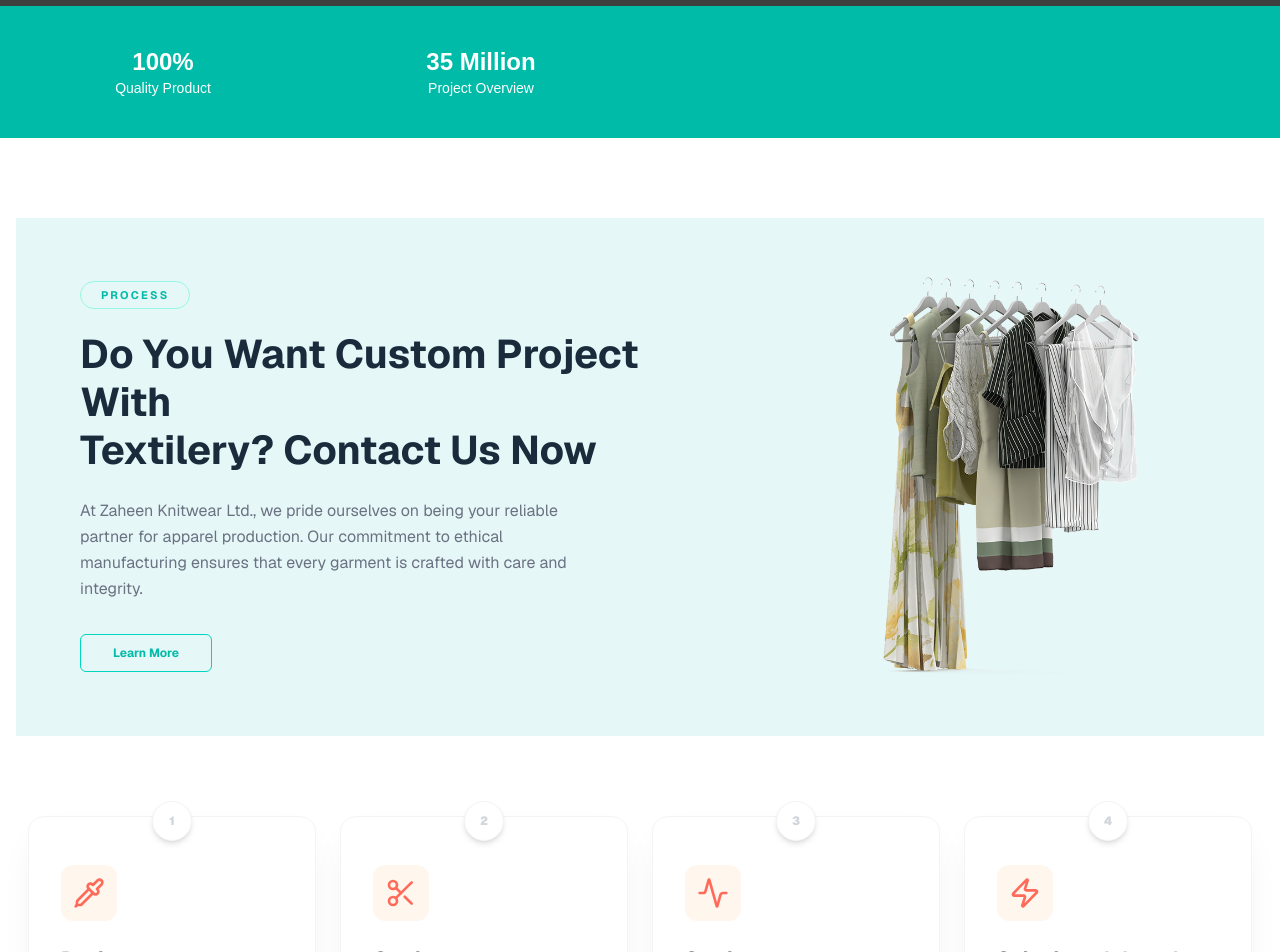
Repository: mdmuhibullahhabib/fullstack-assessment
Page: /
An editor plug-in stored every save of this project. The page is shown before and after the next save, followed by the edit.
The browser window is 1280 px wide. The pictures show the part of the page from y = 572 to 1524 px (the page is 3063 px tall).
Pictures or frames that could not be fetched are drawn as grey boxes. The project was rebuilt for these pictures with package versions that can differ from the ones it lists, and the page was loaded fresh each time. The framework's server and built-in components were replaced by stand-ins that run in the browser. Also part of the build but not shown: next.config.mjs.

Above is the page before, as saved 2025-12-27 09:49:08.

After the next save:
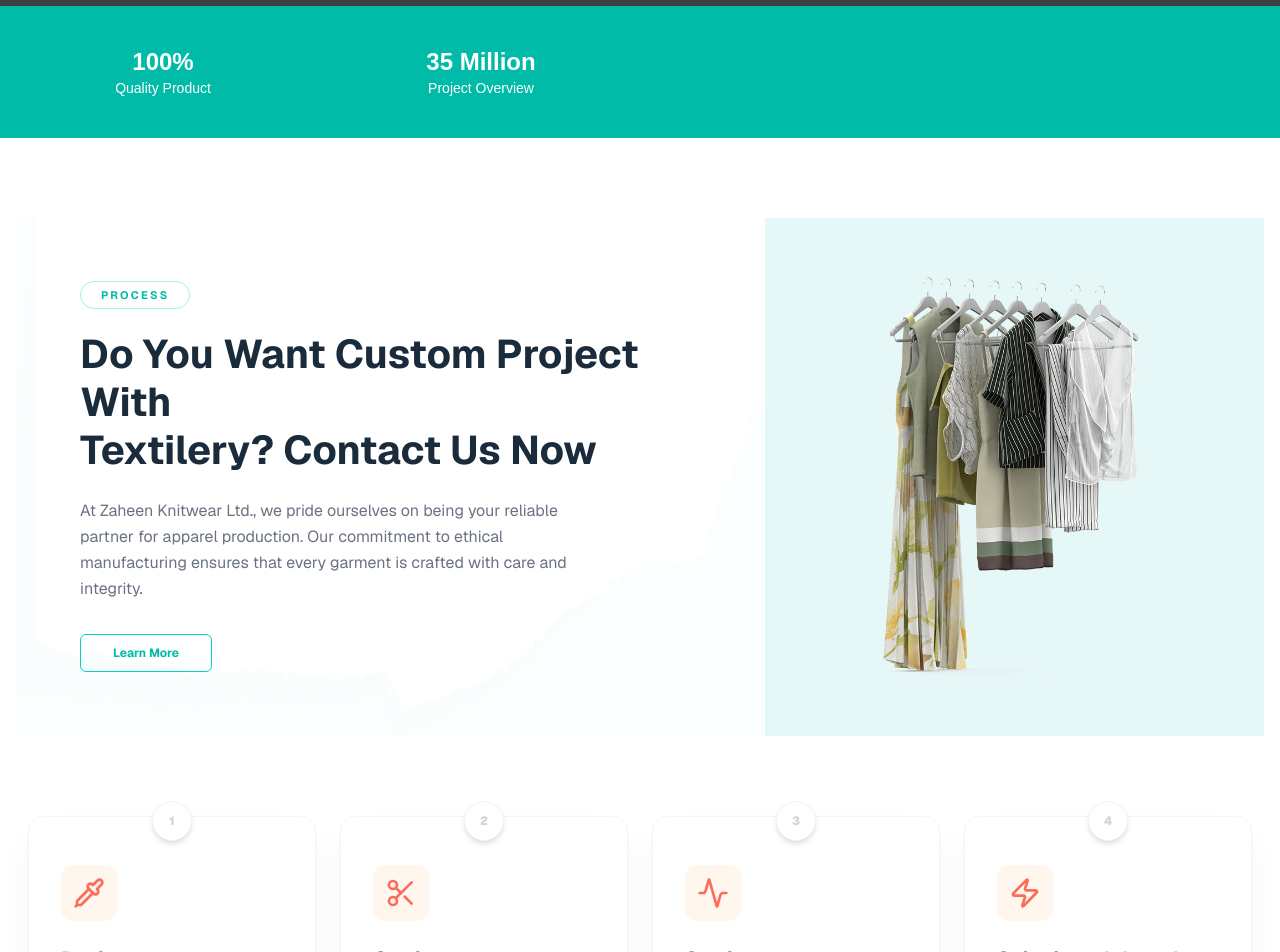
Saved 5 min 11 s later.
--- a/src/components/home/CustomProcess.jsx
+++ b/src/components/home/CustomProcess.jsx
@@ -20,51 +20,59 @@
             <div className="max-w-7xl mx-auto">
 
                 {/* ===== TOP SECTION ===== */}
-                <div className="relative bg-[#E6F7F8] overflow-hidden flex flex-col md:flex-row items-stretch mb-20 min-h-[450px]">
+   <div className="relative bg-[#E6F7F8] overflow-hidden flex flex-col md:flex-row items-center mb-20 min-h-[450px]">
 
-                    {/* Left Content Box (White with bgImage and Torn Edge) */}
-                    <div
-                        className="relative z-20 w-full md:w-[60%] p-10 pt-9 md:p-16 flex flex-col justify-center items-start "
-                        style={{
-                            backgroundImage: `url(${bgImage})`,
-                            backgroundSize: "cover",
-                            backgroundPosition: "center",
-                        }}
-                    >
-                        <div className="mb-6">
-                            <span className="px-5 py-1.5 rounded-full border border-teal-200 text-teal-500 text-[11px] font-bold uppercase tracking-[0.2em]">
-                                Process
-                            </span>
-                        </div>
+  {/* ===== LEFT CONTENT (CENTERED + BG IMAGE) ===== */}
+  <div
+    className="relative w-full md:w-[60%] px-10 py-14 md:p-16 flex flex-col justify-center items-start"
+    style={{
+      backgroundImage: `url(${bgImage.src})`,
+      backgroundSize: "cover",
+      backgroundPosition: "center",
+    }}
+  >
+    {/* overlay for text readability */}
+    <div className="absolute inset-0 bg-white/85" />
 
-                        <h2 className="text-3xl md:text-[40px] font-bold text-[#1a2b3c] leading-[1.2] mb-6">
-                            Do You Want Custom Project With <br className="hidden lg:block" /> Textilery? Contact Us Now
-                        </h2>
+    <div className="relative z-10">
+      <div className="mb-6">
+        <span className="px-5 py-1.5 rounded-full border border-teal-200 text-teal-500 text-[11px] font-bold uppercase tracking-[0.2em] bg-white/70">
+          Process
+        </span>
+      </div>
 
-                        <p className="text-gray-500 text-sm md:text-base leading-relaxed max-w-lg mb-8">
-                            At Zaheen Knitwear Ltd., we pride ourselves on being your reliable partner for
-                            apparel production. Our commitment to ethical manufacturing ensures that
-                            every garment is crafted with care and integrity.
-                        </p>
+      <h2 className="text-3xl md:text-[40px] font-bold text-[#1a2b3c] leading-[1.2] mb-6">
+        Do You Want Custom Project With <br className="hidden lg:block" />
+        Textilery? Contact Us Now
+      </h2>
 
-                        <button className="border-[1.5px] border-teal-400 text-teal-500 px-8 py-2.5 rounded-md font-bold text-xs hover:bg-teal-500 hover:text-white transition-all">
-                            Learn More
-                        </button>
-                    </div>
+      <p className="text-gray-500 text-sm md:text-base leading-relaxed max-w-lg mb-8">
+        At Zaheen Knitwear Ltd., we pride ourselves on being your reliable partner
+        for apparel production. Our commitment to ethical manufacturing ensures
+        that every garment is crafted with care and integrity.
+      </p>
 
-                    {/* Right Content (Image of hanging clothes) */}
-                    <div className="w-full md:w-[40%] relative flex items-center justify-center py-10">
-                        <div className="relative w-[85%] h-[400px]">
-                            <Image
-                                src={rightImage}
-                                alt="Clothing Preview"
-                                fill
-                                className="object-contain"
-                                priority
-                            />
-                        </div>
-                    </div>
-                </div>
+      <button className="border-[1.5px] border-teal-400 text-teal-500 px-8 py-2.5 rounded-md font-bold text-xs hover:bg-teal-500 hover:text-white transition-all">
+        Learn More
+      </button>
+    </div>
+  </div>
+
+  {/* ===== RIGHT IMAGE ===== */}
+  <div className="w-full md:w-[40%] flex items-center justify-center py-10">
+    <div className="relative w-[85%] h-[360px] md:h-[400px]">
+      <Image
+        src={rightImage}
+        alt="Clothing Preview"
+        fill
+        className="object-contain"
+        priority
+      />
+    </div>
+  </div>
+
+</div>
+
 
                 {/* ===== PROCESS STEPS GRID ===== */}
                 <div className="flex flex-wrap justify-center gap-6">

After the 3 saves that followed:
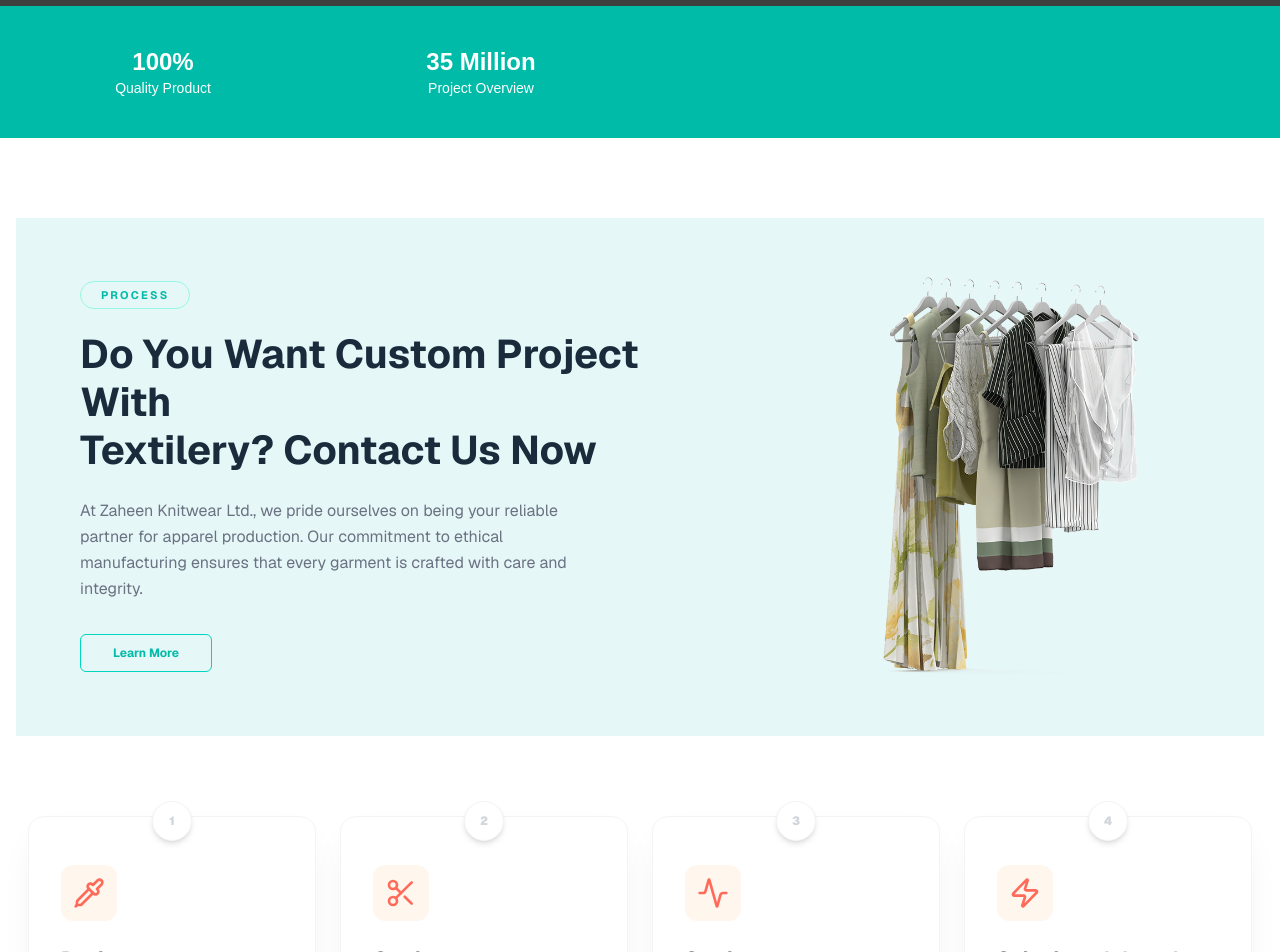
The 3 saves are shown as one change because 1 left the picture as it was and some came seconds apart.
The last was saved 16 s later.
--- a/src/components/home/CustomProcess.jsx
+++ b/src/components/home/CustomProcess.jsx
@@ -20,59 +20,51 @@
             <div className="max-w-7xl mx-auto">
 
                 {/* ===== TOP SECTION ===== */}
-   <div className="relative bg-[#E6F7F8] overflow-hidden flex flex-col md:flex-row items-center mb-20 min-h-[450px]">
+                <div className="relative bg-[#E6F7F8] overflow-hidden flex flex-col md:flex-row items-stretch mb-20 min-h-[450px]">
 
-  {/* ===== LEFT CONTENT (CENTERED + BG IMAGE) ===== */}
-  <div
-    className="relative w-full md:w-[60%] px-10 py-14 md:p-16 flex flex-col justify-center items-start"
-    style={{
-      backgroundImage: `url(${bgImage.src})`,
-      backgroundSize: "cover",
-      backgroundPosition: "center",
-    }}
-  >
-    {/* overlay for text readability */}
-    <div className="absolute inset-0 bg-white/85" />
+                    {/* Left Content Box (White with bgImage and Torn Edge) */}
+                    <div
+                        className="relative z-20 w-full md:w-[60%] p-10 pt-9 md:p-16 flex flex-col justify-center items-start "
+                        style={{
+                            backgroundImage: `url(${bgImage})`,
+                            backgroundSize: "cover",
+                            backgroundPosition: "center",
+                        }}
+                    >
+                        <div className="mb-6">
+                            <span className="px-5 py-1.5 rounded-full border border-teal-200 text-teal-500 text-[11px] font-bold uppercase tracking-[0.2em]">
+                                Process
+                            </span>
+                        </div>
 
-    <div className="relative z-10">
-      <div className="mb-6">
-        <span className="px-5 py-1.5 rounded-full border border-teal-200 text-teal-500 text-[11px] font-bold uppercase tracking-[0.2em] bg-white/70">
-          Process
-        </span>
-      </div>
+                        <h2 className="text-3xl md:text-[40px] font-bold text-[#1a2b3c] leading-[1.2] mb-6">
+                            Do You Want Custom Project With <br className="hidden lg:block" /> Textilery? Contact Us Now
+                        </h2>
 
-      <h2 className="text-3xl md:text-[40px] font-bold text-[#1a2b3c] leading-[1.2] mb-6">
-        Do You Want Custom Project With <br className="hidden lg:block" />
-        Textilery? Contact Us Now
-      </h2>
+                        <p className="text-gray-500 text-sm md:text-base leading-relaxed max-w-lg mb-8">
+                            At Zaheen Knitwear Ltd., we pride ourselves on being your reliable partner for
+                            apparel production. Our commitment to ethical manufacturing ensures that
+                            every garment is crafted with care and integrity.
+                        </p>
 
-      <p className="text-gray-500 text-sm md:text-base leading-relaxed max-w-lg mb-8">
-        At Zaheen Knitwear Ltd., we pride ourselves on being your reliable partner
-        for apparel production. Our commitment to ethical manufacturing ensures
-        that every garment is crafted with care and integrity.
-      </p>
+                        <button className="border-[1.5px] border-teal-400 text-teal-500 px-8 py-2.5 rounded-md font-bold text-xs hover:bg-teal-500 hover:text-white transition-all">
+                            Learn More
+                        </button>
+                    </div>
 
-      <button className="border-[1.5px] border-teal-400 text-teal-500 px-8 py-2.5 rounded-md font-bold text-xs hover:bg-teal-500 hover:text-white transition-all">
-        Learn More
-      </button>
-    </div>
-  </div>
-
-  {/* ===== RIGHT IMAGE ===== */}
-  <div className="w-full md:w-[40%] flex items-center justify-center py-10">
-    <div className="relative w-[85%] h-[360px] md:h-[400px]">
-      <Image
-        src={rightImage}
-        alt="Clothing Preview"
-        fill
-        className="object-contain"
-        priority
-      />
-    </div>
-  </div>
-
-</div>
-
+                    {/* Right Content (Image of hanging clothes) */}
+                    <div className="w-full md:w-[40%] relative flex items-center justify-center py-10">
+                        <div className="relative w-[85%] h-[400px]">
+                            <Image
+                                src={rightImage}
+                                alt="Clothing Preview"
+                                fill
+                                className="object-contain"
+                                priority
+                            />
+                        </div>
+                    </div>
+                </div>
 
                 {/* ===== PROCESS STEPS GRID ===== */}
                 <div className="flex flex-wrap justify-center gap-6">
